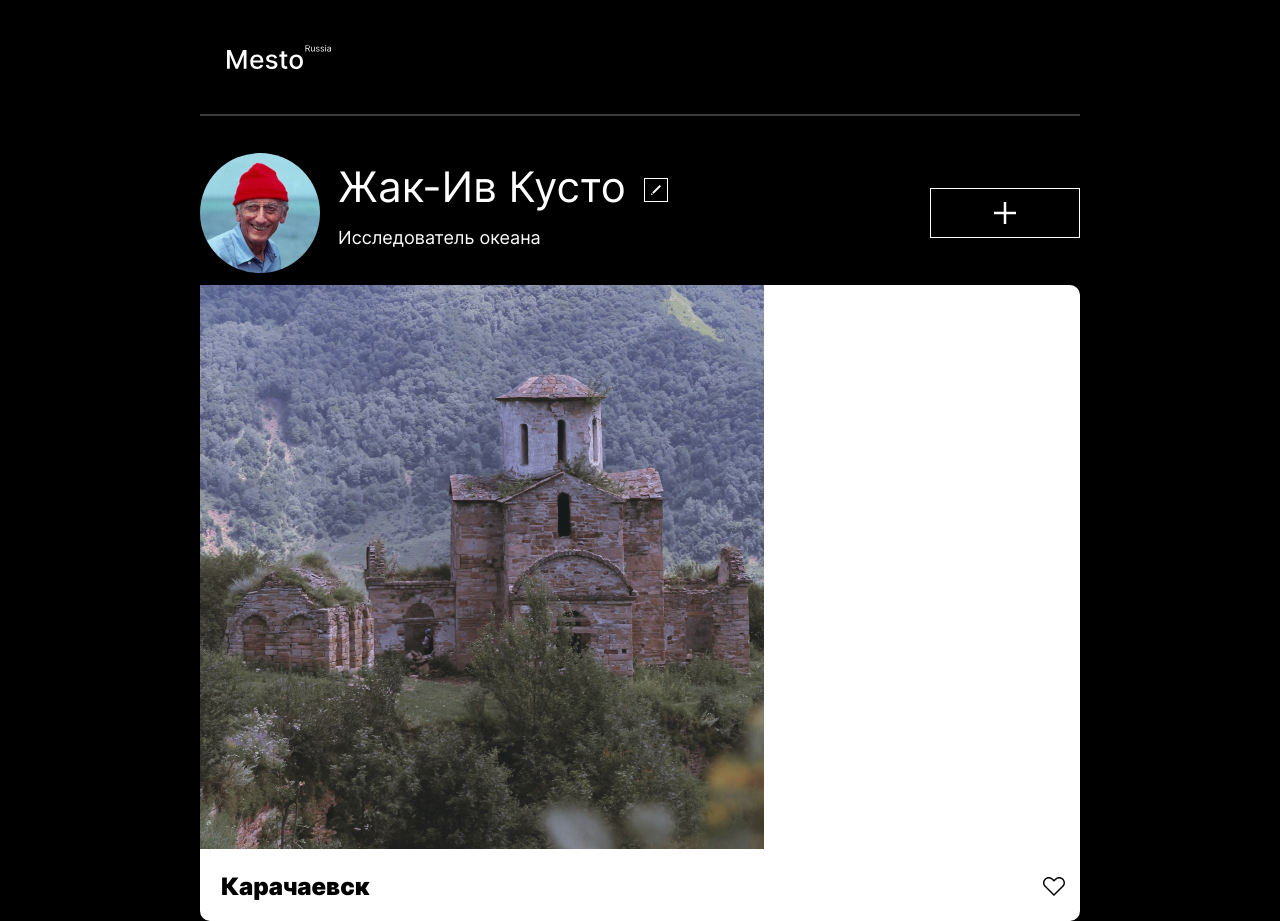
Repository: dyond/mesto
Page: index.html
An editor plug-in stored every save of this project. The page is shown before and after a run of saves, followed by the edit.
The browser window is 1280 px wide. The pictures show the whole page.

Above is the page before, as saved 2022-11-28 19:35:43.

After the next 5 saves:
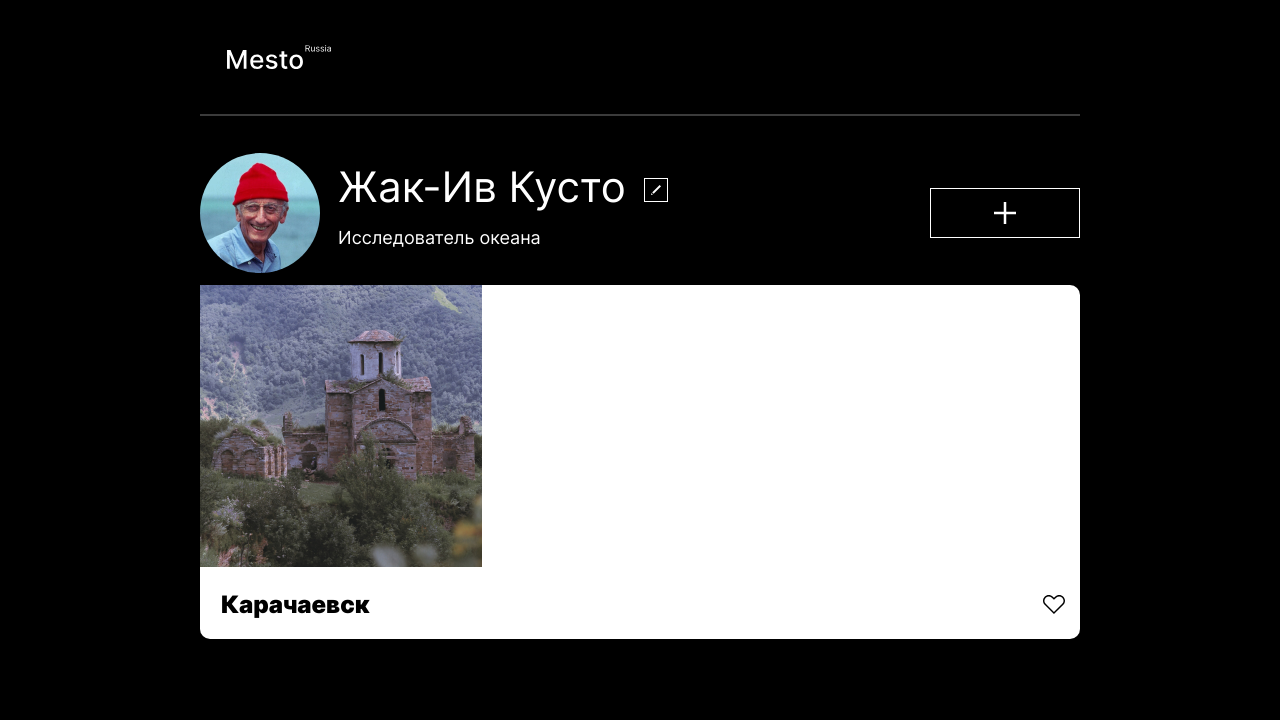
The 5 saves are shown as one change because they came seconds apart.
The last was saved 8 s later.
--- a/blocks/cards/card/__image/card__image.css
+++ b/blocks/cards/card/__image/card__image.css
@@ -1,3 +1,3 @@
 .card__image{
-
+  max-width: 282px;
 }
